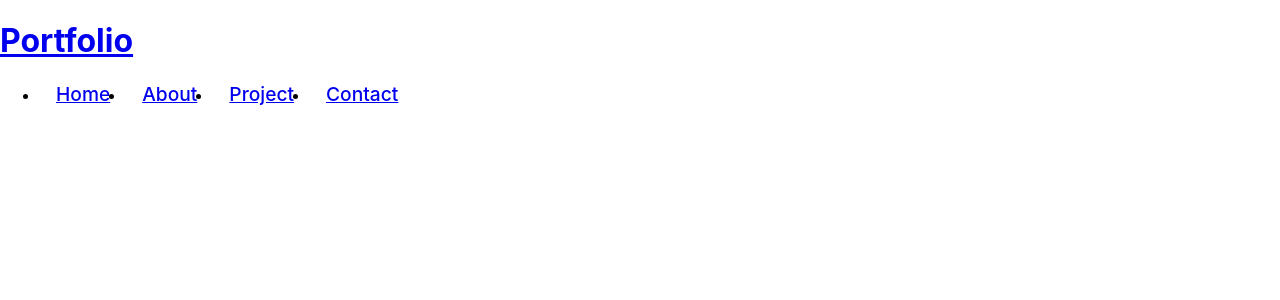
Repository: Hrishabhsinghai/Portfolio
Page: /
An editor plug-in stored every save of this project. The page is shown before and after the next save, followed by the edit.
The browser window is 1280 px wide. The pictures show the whole page.
The project was rebuilt for these pictures with package versions that can differ from the ones it lists, and the page was loaded fresh each time. Also part of the build but not shown: src/routes/About.js, src/routes/Project.js, src/routes/Contact.js.

Above is the page before, as saved 2023-12-28 15:14:54.

After the next save:
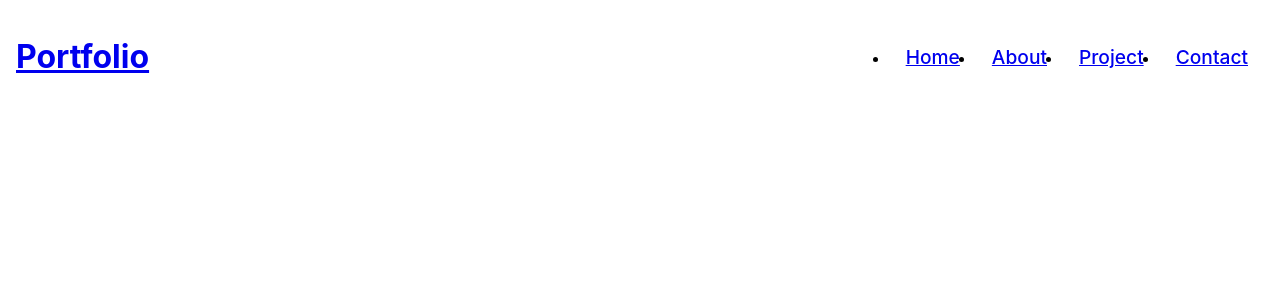
Saved 74 s later.
--- a/src/components/NavbarStyles.css
+++ b/src/components/NavbarStyles.css
@@ -10,3 +10,10 @@
   font-size: 1.2rem;
   font-weight: 500;
 }
+
+.header {
+  display: flex;
+  justify-content: space-between;
+  align-items: center;
+  padding: 1rem;
+}
